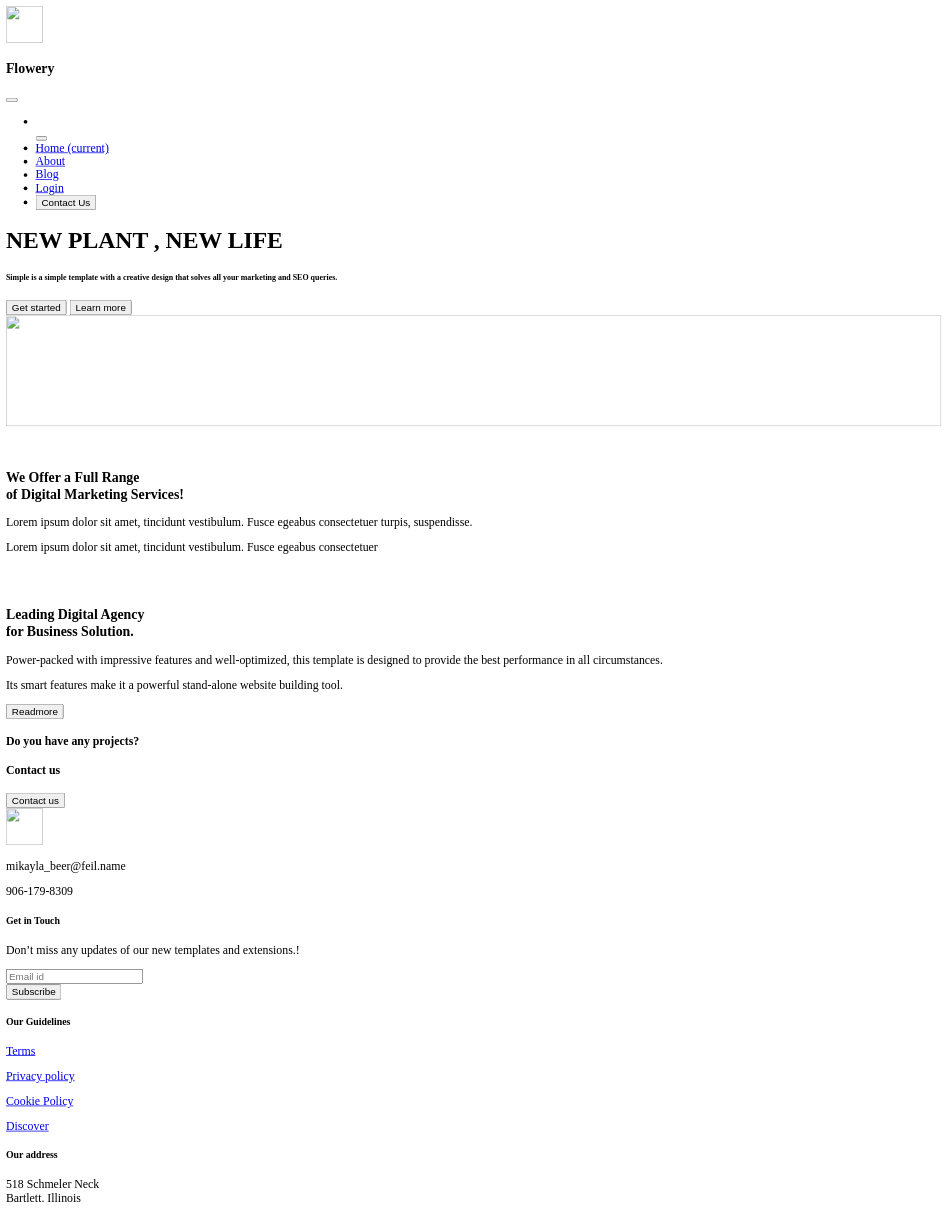
Repository: sara55m/Login
Page: http://localhost/welcome
These files come from the project's save history. The page is drawn as it stood at one moment and after a run of saves; the edit follows.
The browser window is 1280 px wide. The pictures show the whole page, at 74% of full size.
The page is served by the project's Laravel application, run on PHP 8.4 with Laravel 10.

Above is the page before, as saved 2024-03-03 23:19:47.

After the next 2 saves:
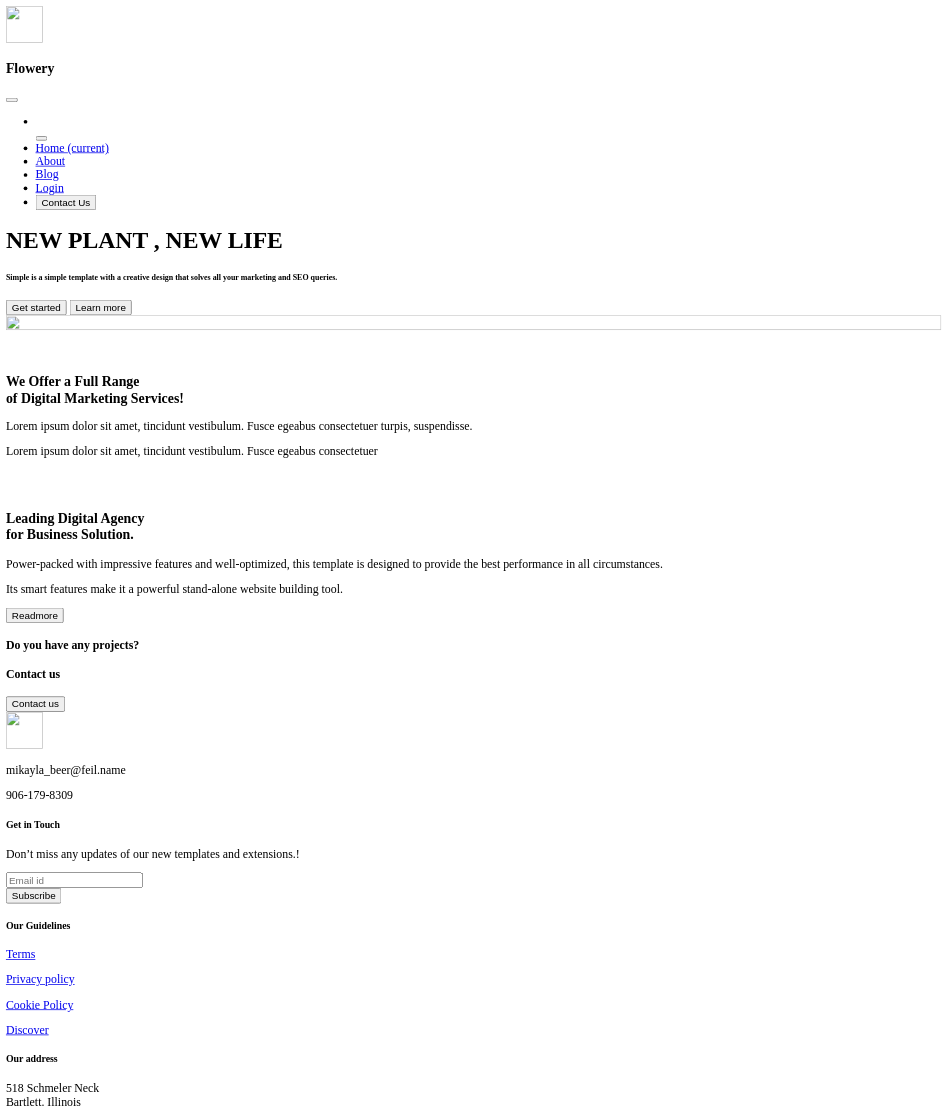
The 2 saves are shown as one change because they came seconds apart.
The last was saved 51 s later.
--- a/resources/views/welcome.blade.php
+++ b/resources/views/welcome.blade.php
@@ -66,7 +66,7 @@
         <button class="btn btn-opacity-light mr-1">Get started</button>
         <button class="btn btn-opacity-success ml-1">Learn more</button>
       </div>
-      <img src="images/background.jpg" alt="" class="img-fluid" height="150" width="100%">
+      <img src="images/background.jpg" alt="" class="img-fluid" height="50%" width="100%">
     </div>
   </div>
   <br/>

After the 3 saves that followed:
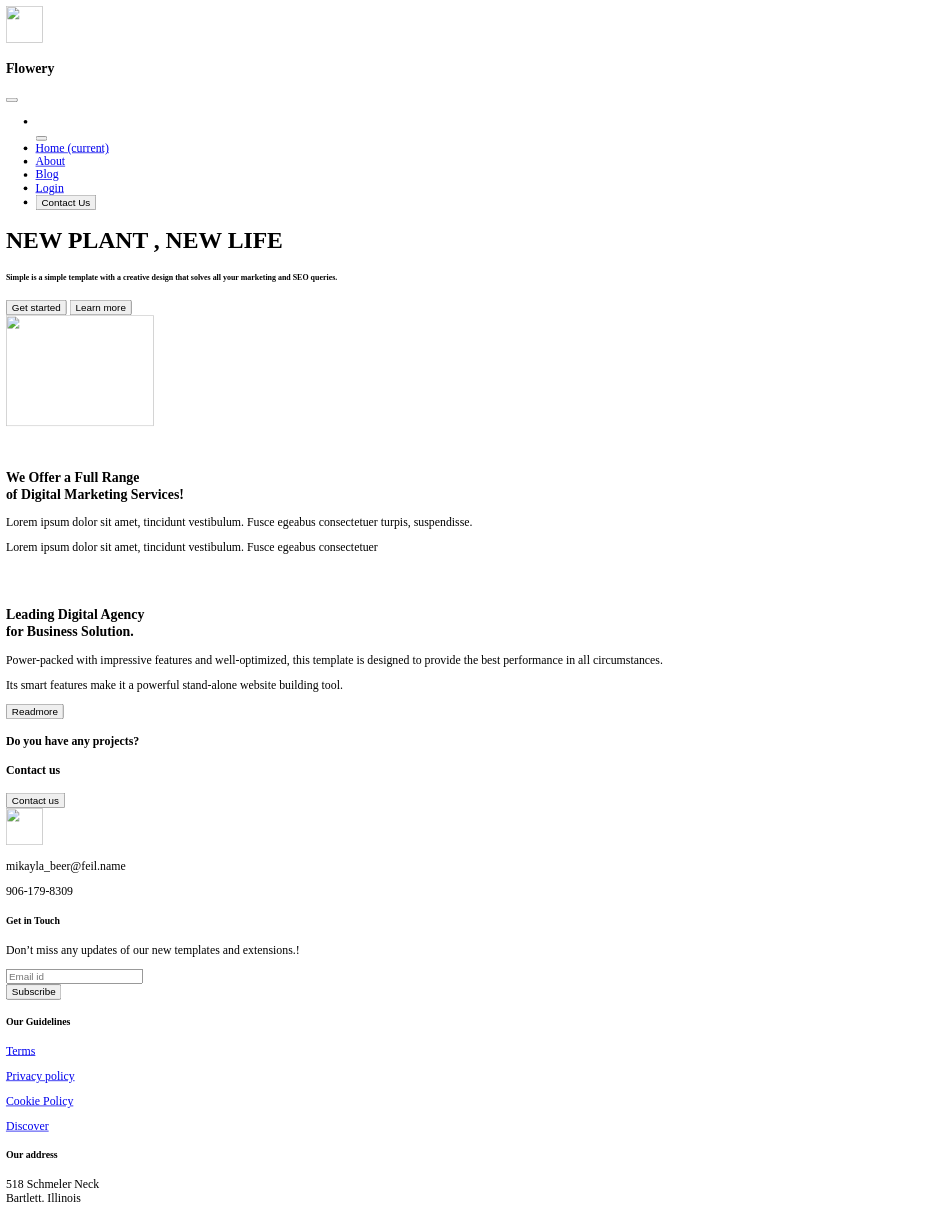
The 3 saves are shown as one change because 2 left the picture as it was.
The last was saved 2 min 20 s later.
--- a/resources/views/welcome.blade.php
+++ b/resources/views/welcome.blade.php
@@ -66,7 +66,9 @@
         <button class="btn btn-opacity-light mr-1">Get started</button>
         <button class="btn btn-opacity-success ml-1">Learn more</button>
       </div>
-      <img src="images/background.jpg" alt="" class="img-fluid" height="50%" width="100%">
+      <div class="w-full">
+      <img src="images/background.jpg" alt="" class="img-fluid" height="150" width="200">
+      </div>
     </div>
   </div>
   <br/>
